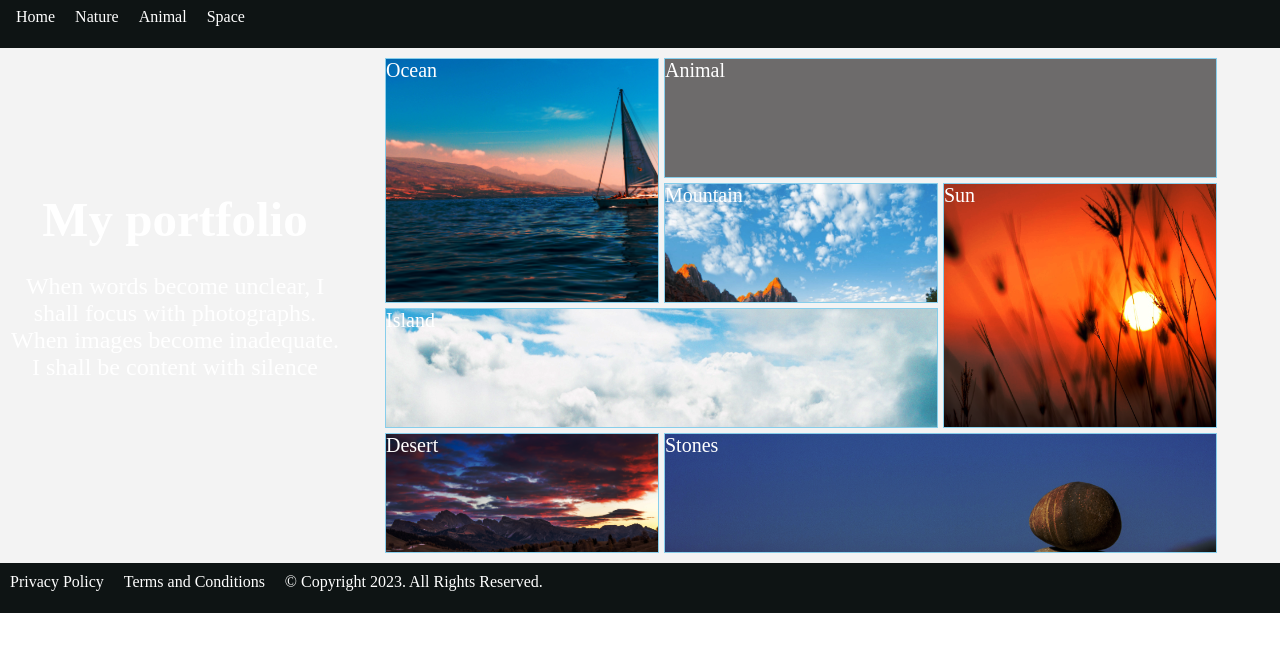
Repository: suraj-yadav7/03_Gallery_Portfolio
Page: index.html
The author's editor kept a copy of each file at every save. The page is drawn from the files as they stood at one save, then again after the next save.
The browser window is 1280 px wide. The pictures show the whole page.
Pictures or frames that could not be fetched are drawn as grey boxes. Some web fonts or font styles are not loaded; a fallback is used.

Above is the page before, as saved 2023-02-14 21:56:19.

### index.html
<!DOCTYPE html>
<html lang="en">
<head>
    <meta charset="UTF-8">
    <meta http-equiv="X-UA-Compatible" content="IE=edge">
    <meta name="viewport" content="width=device-width, initial-scale=1.0">
    <title>Gallery</title>
    <link rel="stylesheet" href="style.css">
</head>
<body>
    <nav class="nav-section">
        <div class="nav-container">
        <ul class="nav-item flex">
            <li>    <a href="#">Home</a>   </li>
            <li>    <a href="#">Nature</a> </li>
            <li>    <a href="#">Animal</a> </li>
            <li>    <a href="#">Space</a> </li>
        </ul>
        </div>
    </nav>

        <div class="container flex">
            <div class="header-text">
                <h1 class="heading">My portfolio</h1>
                <p class="para">When words become unclear, I shall focus with photographs. When images become inadequate. I shall be content with silence</p>
            </div>
            <div class="gallery-layout">
                <div class="box" id="box1">Ocean</div>
                <div class="box" id="box2">Animal</div>
                <div class="box" id="box3">Mountain</div>
                <div class="box" id="box4">Sun</div>
                <div class="box" id="box5">Island</div>
                <div class="box" id="box6">Desert</div>
                <div class="box" id="box7">Stones</div>
            </div>
        </div>
        <footer>
            <div class="footer flex">
                <a>Privacy Policy</a>
                <a>Terms and Conditions</a>
                <a>© Copyright 2023. All Rights Reserved.</a>
            </div>
        </footer>
</body>
</html>

### style.css
@import url('https://fonts.googleapis.com/css2?family=Bodoni+Moda:ital,opsz@0,6..96;1,6..96&display=swap');

*{
    margin: 0;
    padding: 0;
    box-sizing: border-box;
}

:root{
    --primary-text-color: #1a0000;
    --secondary-text-color:  #33331a;
    --accent-color:  #cc99ff;
    --accent-dark-color: #4d88ff;
    --padding-inline-section: 20px;
}


/* Utility */


a{
    text-decoration: none;
    color: rgb(255, 255, 255);


}

.flex{
    display: flex;
    align-items: center;

}

/* Nav section */
.nav-container{
    background-color: rgb(14, 20, 20);
    padding: 1rem;
    font-family: 'Bodoni Moda', serif;
    font-size: 1rem;
    height: 3rem;


}
.nav-item{
    gap: 20px;
    list-style: none;
    margin-top: -0.5rem;
}
a:hover{
    color:#fff;
}

/*main -section */
.container{
    background-color: #F3F3F3 ;
    padding-block: 10px;
    gap: 35px;
    font-family: "bodoni modo" ;
    color: #266150;

}
.header-text{
    height: 250px;
   width: 350px;
    color: white;
    text-align: center;
    padding: 10px;

}
.heading{
    font-size: 49px;
}
.para{
    margin-top: 25px;
    font-size: 1.5rem;
}
.gallery-layout{
    display: grid;
    row-gap: 5px;
    column-gap: 5px;
    grid-template-columns: repeat(3, 1fr);
    grid-auto-rows: 120px;
    flex-basis: 65%;

}

.box{
    background-color: rgb(63, 60, 60);
    border: 1px solid skyblue;
    background-size: cover;
    background-position: top;
    background-blend-mode: hard-light;
    transition: all 1s ease-in-out;
    cursor: pointer;
    color: white;
    font-size: 20px;


}
.box:hover{
    background-color:rgb(210, 204, 204) ;
    background-position: center;

    box-shadow: 0 0 4px #fff;

}

#box1{
    grid-row: span 2;
    background-image: url("images/pexels-szelei-robert-1482193.jpg");


}

#box2{
    grid-column: span 2;
    background-image: url("images/pexels-dsd-1829979.jpg");

}
#box3{
    background-image: url("images/pexels-michael-block-3225517.jpg");

}

#box4{
    grid-row: span 2;
    background-image: url("images/pexels-darwis-alwan-1454752.jpg");
}

#box5{
    grid-column: span 2;
    background-image: url("images/pexels-michael-block-3225524.jpg");

}
#box6{
    background-image: url("images/pexels-michal-lizuch-2919720.jpg");

}

#box7{
    grid-column: span 2;
    background-image: url("images/pexels-pixabay-235990.jpg");

}


/* Footer */
footer{
    height: 50px;
    max-width: 100%;
    background-color: rgb(14, 20, 20);
    font-family: 'Bodoni Moda', serif;
    font-size: 1rem;
}
footer a{
margin:  10px;
}
/* media queries for Mobile Responsiveness */

@media screen and (max-width: 1024px){

    .container{
        flex-direction: column;
        padding: 20px;
    }
    .box{
        grid-column: span 3;
        grid-row: span 1;

    }
.gallery-layout{
    margin-top:-20px;
    width: 100%;
    grid-auto-rows: 100px;
    padding-inline: 12px;
    row-gap: 10px;

}
#box2, #box5, #box7{
    grid-column: span 3;
}

}

After the next save:
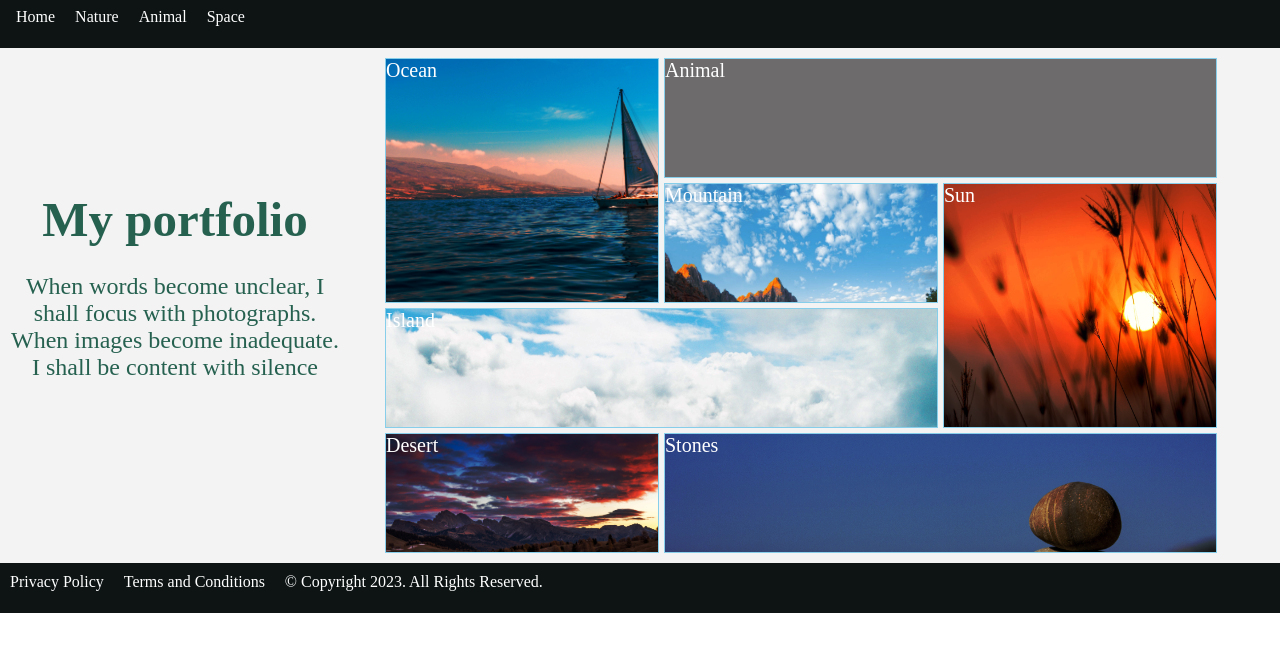
Saved 2 min 59 s later.
--- a/style.css
+++ b/style.css
@@ -56,7 +56,7 @@ a:hover{
     padding-block: 10px;
     gap: 35px;
     font-family: "bodoni modo" ;
-    color: #266150;
+
 
 }
 .header-text{
@@ -69,10 +69,13 @@ a:hover{
 }
 .heading{
     font-size: 49px;
+    color:#266150;
 }
 .para{
     margin-top: 25px;
     font-size: 1.5rem;
+    color:#266150;
+
 }
 .gallery-layout{
     display: grid;
